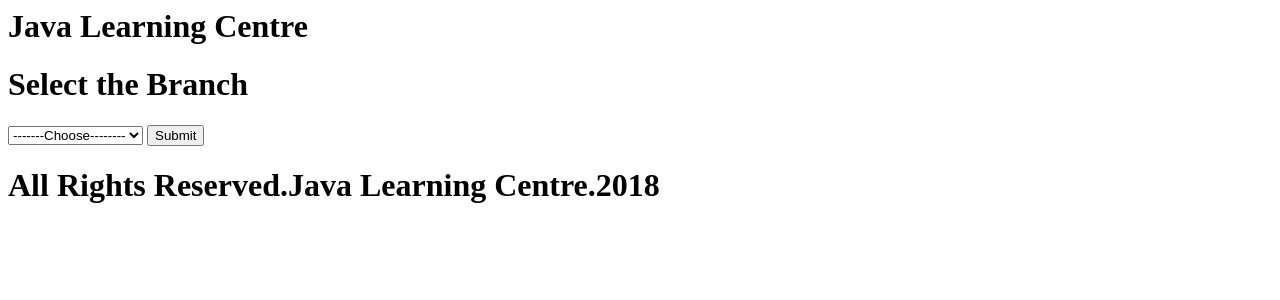
Repository: argho1990/Coursecube-B19
Page: http://localhost/Lab10/home.jsp
These files come from the project's save history. The page is drawn as it stood at one moment and after the next save; the edit follows.
The browser window is 1280 px wide. The pictures show the whole page.
The page is served by Tomcat 9.

Above is the page before, as saved 2018-11-23 21:53:06.

After the next save:
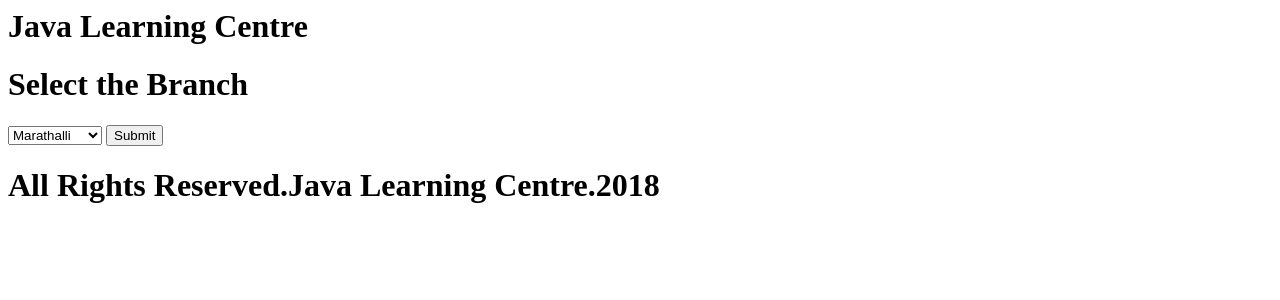
Saved 3 min 2 s later.
--- a/JSP/Lab10/WebContent/home.jsp
+++ b/JSP/Lab10/WebContent/home.jsp
@@ -7,7 +7,6 @@
 <form action=""test.jsp">
 <h1>Select the Branch</h1>
 <select name="branch">
-<option value="None">-------Choose--------</option>
 <option value="MTH">Marathalli</option>
 <option value="KLN">Kalyanagar</option>
 <option value="BTM">BTM Layout</option>
